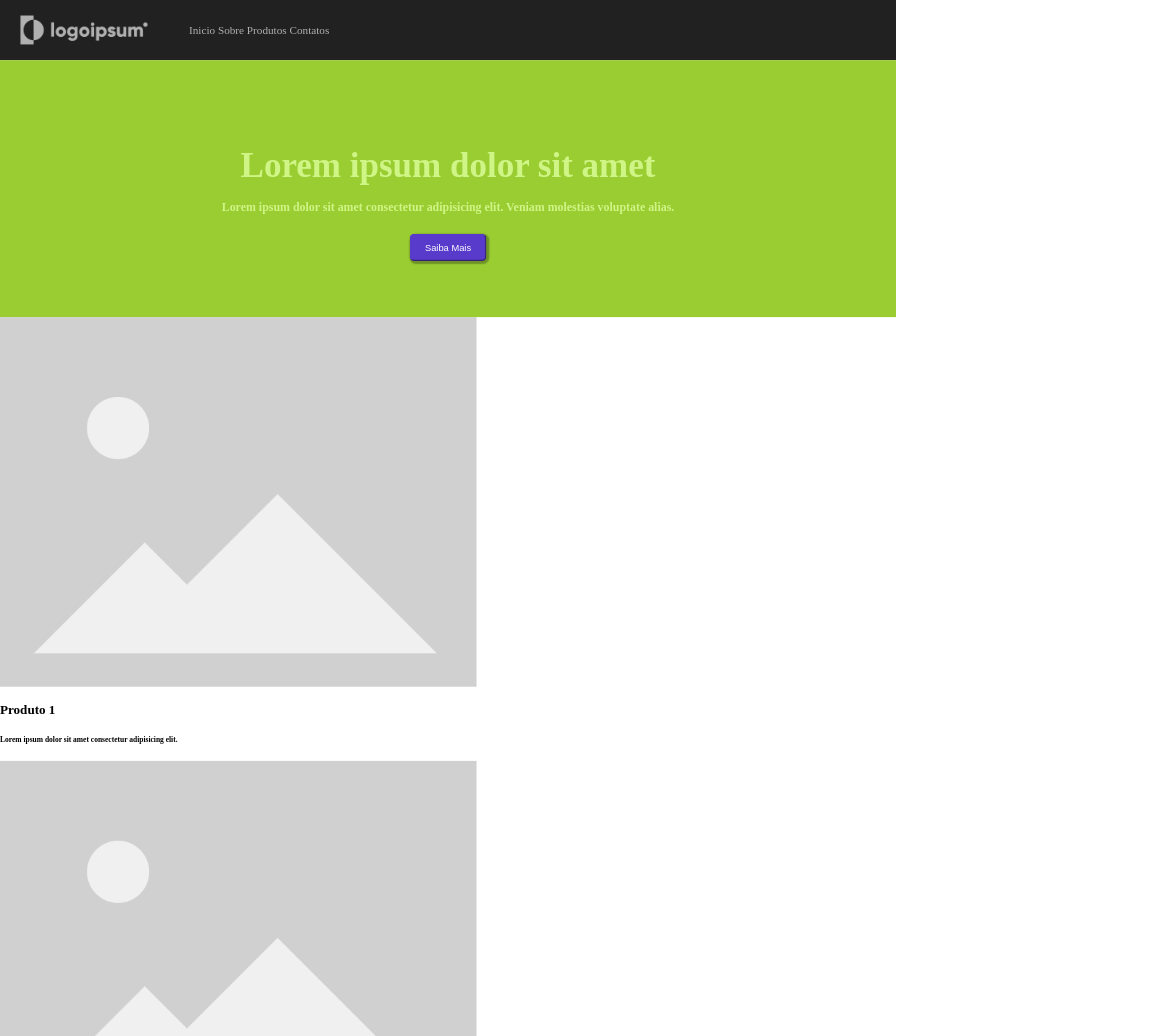
Repository: robsonwssantos/Projeto_Olaria
Page: Exercicios/ex.01/index.html
These files come from the project's save history. The page is drawn as it stood at one moment and after the next save; the edit follows.
The browser window is 1280 px wide. The page is 1280 px wide, then 1662 px, so the pictures cover 1662 px, including what lies to the right of the window. The pictures show the part of the page from y = 0 to 1480 px (the page is 2435 px tall before and 1165 px after), at 70% of full size.

Above is the page before, as saved 2023-04-21 11:42:31.

After the next save:
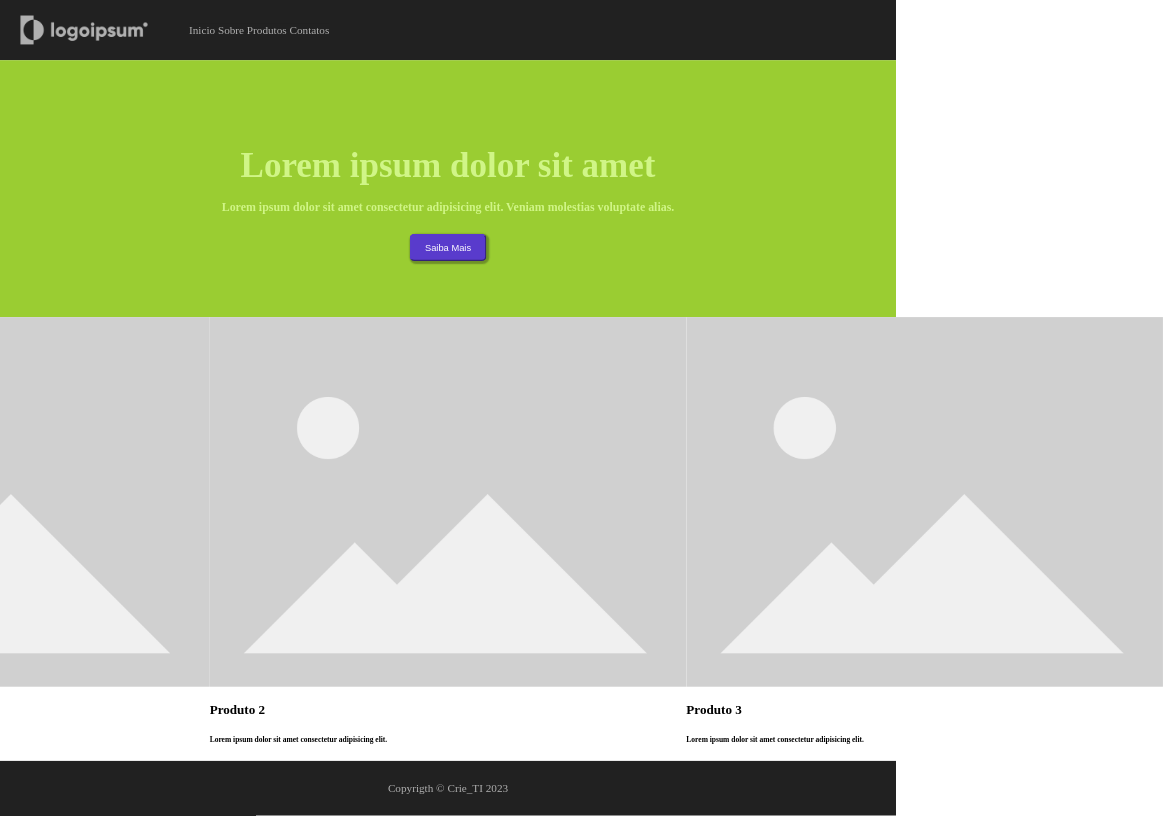
Saved 39 s later.
--- a/Exercicios/ex.01/index.html
+++ b/Exercicios/ex.01/index.html
@@ -73,6 +73,13 @@
             color: #ffffff;
         }
 
+
+        .container {
+            display: flex;
+            justify-content: center;
+        }
+
+
         footer {
             text-align: center;
             padding-top: 30px;
